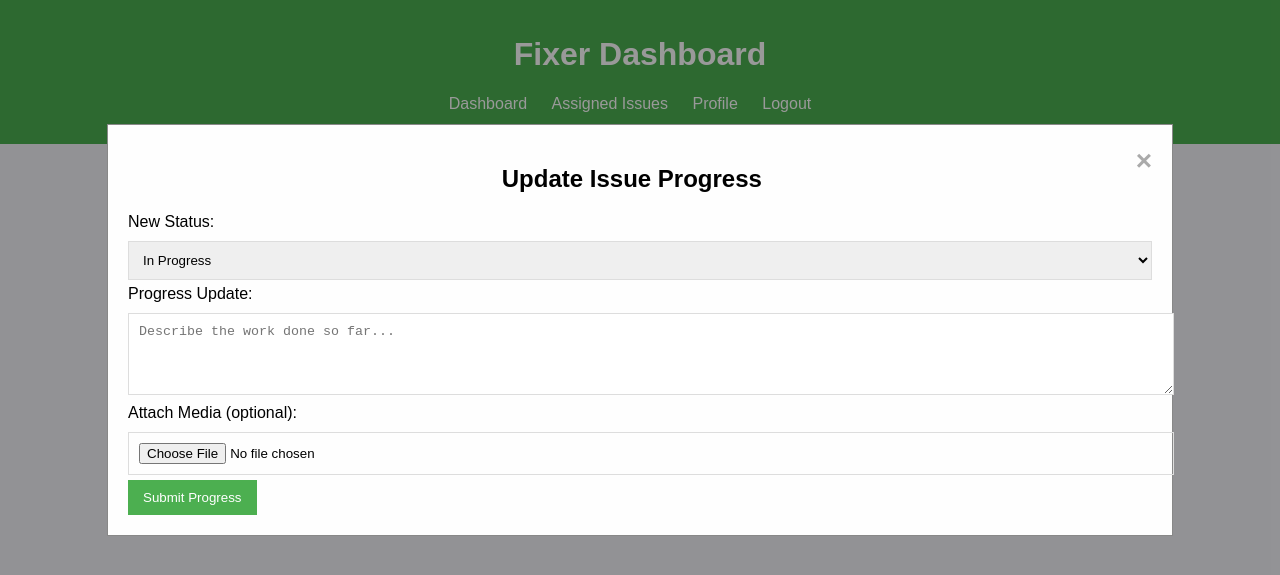
Repository: sheik-md-ali/College_Issues_Reporting_System
Page: website/templates/fixer.html
An editor plug-in stored every save of this project. The page is shown before and after the next save, followed by the edit.
The browser window is 1280 px wide. The pictures show the whole page.
After loading, the first visible `button` was clicked once.
The page is served by the project's application, run on Flask 3 (website/__init__.py). Other server files are loaded and not shown. The template is opened directly, without the code that normally fills it, so the values that code supplies are empty.

Above is the page before, as saved 2025-02-07 16:10:47.

### website/templates/fixer.html
<!DOCTYPE html>
<html lang="en">
<head>
    <meta charset="UTF-8">
    <meta name="viewport" content="width=device-width, initial-scale=1.0">
    <title>Fixer Dashboard</title>
    <style>
        body {
            font-family: Arial, sans-serif;
            margin: 0;
            padding: 0;
            background-color: #f4f4f9;
        }

        header {
            background-color: #4CAF50;
            color: white;
            padding: 15px;
            text-align: center;
        }

        nav ul {
            list-style-type: none;
            padding: 0;
            text-align: center;
        }

        nav ul li {
            display: inline;
            margin-right: 20px;
        }

        nav ul li a {
            color: white;
            text-decoration: none;
        }

        .container {
            max-width: 900px;
            margin: auto;
            background: white;
            padding: 20px;
            border-radius: 8px;
            box-shadow: 0px 0px 10px #ccc;
            margin-top: 20px;
        }

        h2 {
            text-align: center;
        }
        table
         {
            width: 100%;
            border-collapse: collapse;
            margin-top: 20px;
        }

        table, th, td {
            border: 1px solid #ddd;
        }

        th, td {
            padding: 10px;
            text-align: left;
        }

        th {
            background-color: #4CAF50;
            color: white;
        }

        button {
            background-color: #4CAF50;
            color: white;
            border: none;
            padding: 10px;
            cursor: pointer;
        }

        button:hover {
            background-color: #45a049;
        }

        /* Modal Styling */
        .modal {
            display: none;
            position: fixed;
            z-index: 1;
            left: 0;
            top: 0;
            width: 100%;
            height: 100%;
            overflow: auto;

            background-color: rgba(0,0,0,0.4);
            padding-top: 60px;
        }

        .modal-content {
            background-color: #fefefe;
            margin: 5% auto;
            padding: 20px;
            border: 1px solid #888;
            width: 80%;
        }

        .close {
            color: #aaa;
            float: right;
            font-size: 28px;
            font-weight: bold;
        }

        .close:hover {
            color: black;
            text-decoration: none;
            cursor: pointer;
        }



        .progress-update-form label {
            display: block;
            margin-bottom: 5px;
        }

        .progress-update-form input,
        .progress-update-form select,
        .progress-update-form textarea {
            width: 100%;
            padding: 10px;
            margin: 5px 0;
            border: 1px solid #ddd;
        }

        .progress-update-form button {
            background-color: #4CAF50;
            color: white;
            border: none;
            padding: 10px 15px;
            cursor: pointer;
        }
    </style>
</head>
<body>

<header>
    <h1>Fixer Dashboard</h1>
    <nav>
        <ul>
            <li><a href="#">Dashboard</a></li>
            <li><a href="#">Assigned Issues</a></li>
            <li><a href="#">Profile</a></li>
            <li><a href="#">Logout</a></li>
        </ul>
    </nav>
</header>




<!-- Assigned Issues Section -->
<div class="container">
    <h2>Assigned Issues</h2>
    <table>
        <thead>
            <tr>
                <th>Issue ID</th>
                <th>Description</th>
                <th>Severity</th>
                <th>Location</th>
                <th>Status</th>
                <th>Update Progress</th>
            </tr>
        </thead>
        <tbody>
            <tr>
                <td>#001</td>
                <td>Broken Light in Classroom 101</td>
                <td>High</td>
                <td>Classroom 101</td>
                <td>In Progress</td>
                <td><button onclick="openModal('#001')">Update Status</button></td>
            </tr>
            <tr>
                <td>#002</td>
                <td>Leaking Pipe in Hostel Block B</td>
                <td>Medium</td>
                <td>Hostel Block B</td>
                <td>Pending</td>
                <td><button onclick="openModal('#002')">Update Status</button></td>
            </tr>

        </tbody>
    </table>
</div>

<!-- Modal for Update Progress -->
<div id="progress-modal" class="modal">
    <div class="modal-content">
        <span class="close" onclick="closeModal()">&times;</span>
        <h2>Update Issue Progress</h2>
        <form class="progress-update-form" id="progressForm">
            <label for="status">New Status:</label>
            <select id="status" name="status">
                <option value="In Progress">In Progress</option>
                <option value="Resolved">Resolved</option>
            </select>




            <label for="progress">Progress Update:</label>
            <textarea id="progress" name="progress" rows="4" placeholder="Describe the work done so far..."></textarea>

            <label for="media">Attach Media (optional):</label>
            <input type="file" id="media" name="media">

            <button type="submit">Submit Progress</button>
        </form>
    </div>
</div>



<script>


    function openModal(issueId) {
        document.getElementById("progress-modal").style.display = "block";

    }

    function closeModal() {
        document.getElementById("progress-modal").style.display = "none";
    }


    window.onclick = function(event) {
        if (event.target == document.getElementById("progress-modal")) {
            closeModal();
        }
    }
    document.getElementById("progressForm").addEventListener("submit", function(event) {
        event.preventDefault();
        alert("Progress updated successfully!");
        closeModal();
    });
</script>

</body>
</html>

### website/__init__.py
from flask import Flask
from flask_sqlalchemy import SQLAlchemy
from flask_login import LoginManager
import os

# Initialize database and login manager
db = SQLAlchemy()
login_manager = LoginManager()

class Config:
    SECRET_KEY = os.getenv('SECRET_KEY', 'qwertyuiopzxcvbnmlkjhgfdsa')
    DEBUG = True
    SQLALCHEMY_DATABASE_URI = os.getenv('DATABASE_URI', 'mysql://root:6381!Root$$@localhost/clgissue')
    SQLALCHEMY_TRACK_MODIFICATIONS = False

def create_app():
    app = Flask(__name__)
    app.config.from_object(Config)

    db.init_app(app)  # Initialize database
    login_manager.init_app(app)  # Initialize login manager

    login_manager.login_view = "auth.login"  # Redirect unauthorized users to login page
    login_manager.login_message_category = "danger"

    from .models import User  # Import models after db init
    @login_manager.user_loader
    def load_user(user_id):
        return User.query.get(int(user_id))

    from .routes import main
    from .auth import auth  # Import auth blueprint

    app.register_blueprint(main)
    app.register_blueprint(auth, url_prefix="/auth")

    with app.app_context():
        db.create_all()




    return app

After the next save:
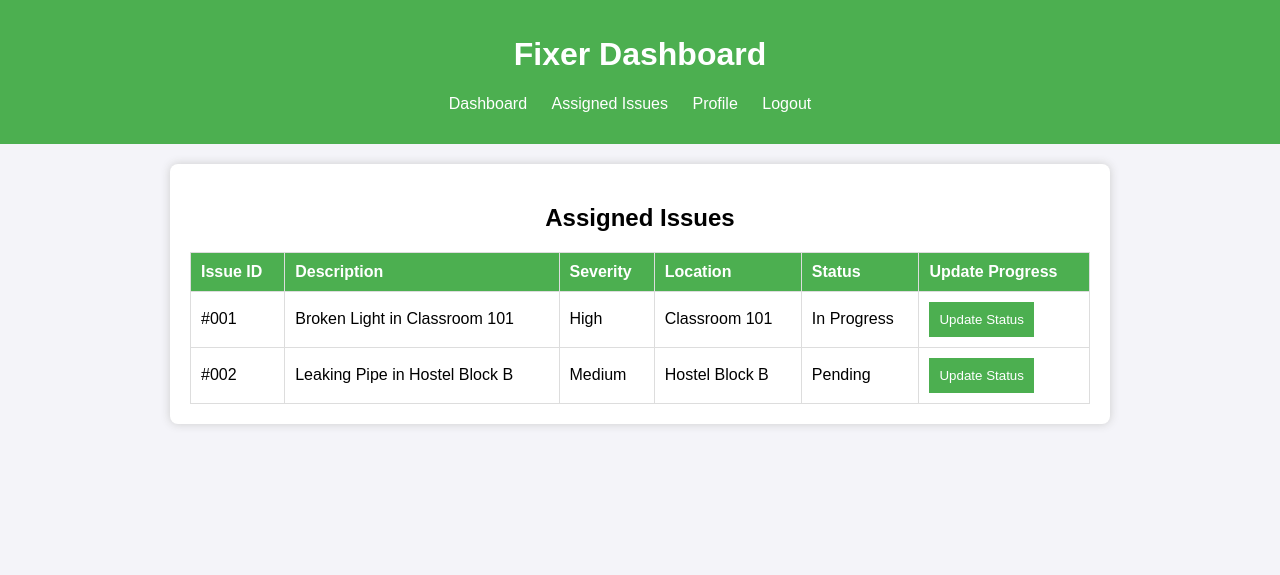
Console error: SyntaxError: Invalid or unexpected token
Saved 3 h 22 min later.
--- a/website/templates/fixer.html
+++ b/website/templates/fixer.html
@@ -223,21 +223,7 @@
 
 
 
-<script>
-
-
-    function openModal(issueId) {
-        document.getElementById("progress-modal").style.display = "block";
-
-    }
-
-    function closeModal() {
-        document.getElementById("progress-modal").style.display = "none";
-    }
-
-
-    window.onclick = function(event) {
-        if (event.target == document.getElementById("progress-modal")) {
+<script>modal")) {
             closeModal();
         }
     }

After the save that followed:
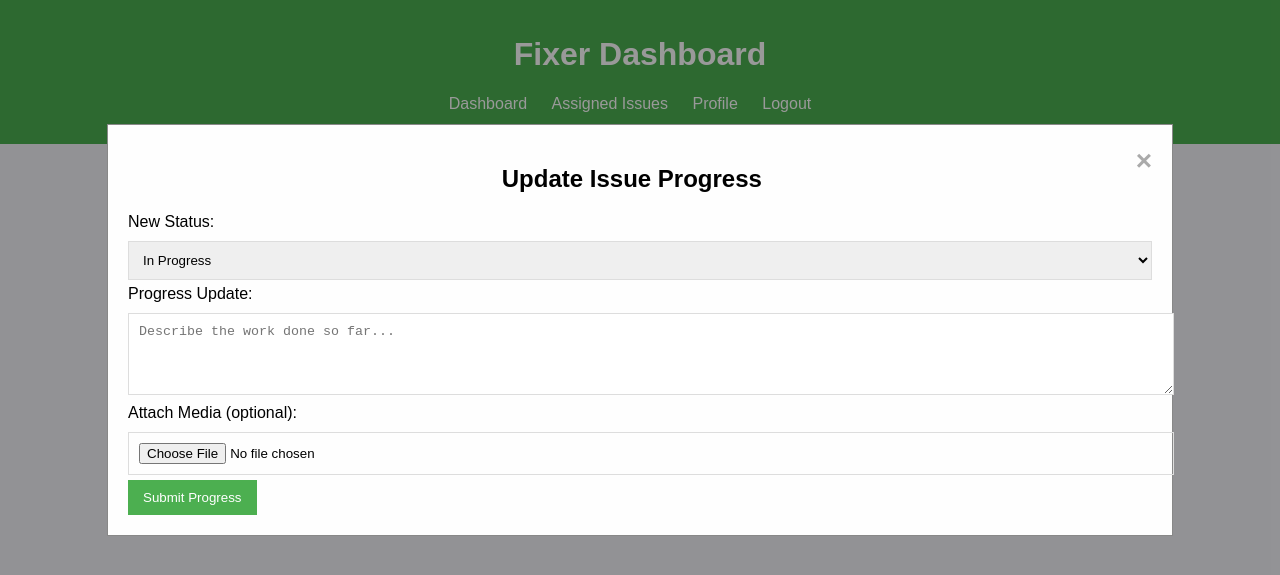
The error is gone.
Saved 9 min 42 s later.
--- a/website/templates/fixer.html
+++ b/website/templates/fixer.html
@@ -48,8 +48,8 @@
         h2 {
             text-align: center;
         }
-        table
-         {
+
+        table {
             width: 100%;
             border-collapse: collapse;
             margin-top: 20px;
@@ -223,7 +223,21 @@
 
 
 
-<script>modal")) {
+<script>
+
+
+    function openModal(issueId) {
+        document.getElementById("progress-modal").style.display = "block";
+
+    }
+
+    function closeModal() {
+        document.getElementById("progress-modal").style.display = "none";
+    }
+
+
+    window.onclick = function(event) {
+        if (event.target == document.getElementById("progress-modal")) {
             closeModal();
         }
     }
